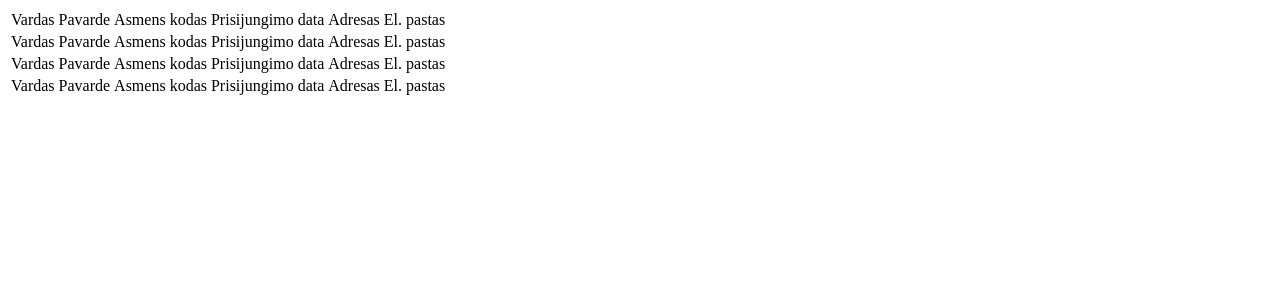
Repository: motiejus1/29-paskaita-05.31
Page: index.html
The author's editor kept a copy of each file at every save. The page is drawn from the files as they stood at one save, then again after the next save.
The browser window is 1280 px wide. The pictures show the whole page.

Above is the page before, as saved 2021-07-21 18:28:11.

### index.html
<!DOCTYPE html>
<html lang="en">
<head>
    <meta charset="UTF-8">
    <meta http-equiv="X-UA-Compatible" content="IE=edge">
    <meta name="viewport" content="width=device-width, initial-scale=1.0">
    <title>29 paskaita</title>
    <style>
        table {
            border
        }
    </style>
</head>
<body>
    <table>
        <tr class="klientas">
            <td>Vardas</td>
            <td>Pavarde</td>
            <td>Asmens kodas</td>
            <td>Prisijungimo data</td>
            <td>Adresas</td>
            <td>El. pastas</td>
        </tr>
        <tr class="klientas">
            <td>Vardas</td>
            <td>Pavarde</td>
            <td>Asmens kodas</td>
            <td>Prisijungimo data</td>
            <td>Adresas</td>
            <td>El. pastas</td>
        </tr>
        <tr class="klientas">
            <td>Vardas</td>
            <td>Pavarde</td>
            <td>Asmens kodas</td>
            <td>Prisijungimo data</td>
            <td>Adresas</td>
            <td>El. pastas</td>
        </tr>
        <tr class="klientas">
            <td>Vardas</td>
            <td>Pavarde</td>
            <td>Asmens kodas</td>
            <td>Prisijungimo data</td>
            <td>Adresas</td>
            <td>El. pastas</td>
        </tr>
    </table>



    <script>
        "use strict";

// 3. Susikurti objektą "Klientas".
// Kintamieji:
// vardas
// pavarde
// asmens kodas
// prisijungimo data
// adresas
// elpastas.

// Sukurti 200 "Klientas" objektų masyvą. "Klientas" duomenis užpildyti savo nuožiūrą.
// Visą "Klientas" objektų masyvą atvaizduoti lentelėje <table>.

    function getRndInteger(min, max) {
        return Math.floor(Math.random() * (max - min + 1) ) + min;
    }



    var klientuMasyvas = [];

    for(var i=0; i< 200; i++) {

        var klientas = {
            vardas: "",
            pavarde: "",
            asmensKodas: "",
            prsijungimData: "",
            adresas: "",
            elpastas: ""
        }

        klientas.vardas = "vardas"+(i+1);
        klientas.pavarde = "pavarde"+(i+1);
        // klientas.asmensKodas = "3985254515" + (i+1);
        klientas.asmensKodas = getRndInteger(3985254515, 3999999999);
        klientas.prsijungimData = new Date();
        klientas.adresas = "adresas" + (i+1);
        klientas.elpastas = "testinis"+(i+1) + "@gmail.com";
        klientuMasyvas.push(klientas);
    }

    console.log(klientuMasyvas);

    </script>
</body>
</html>

After the next save:
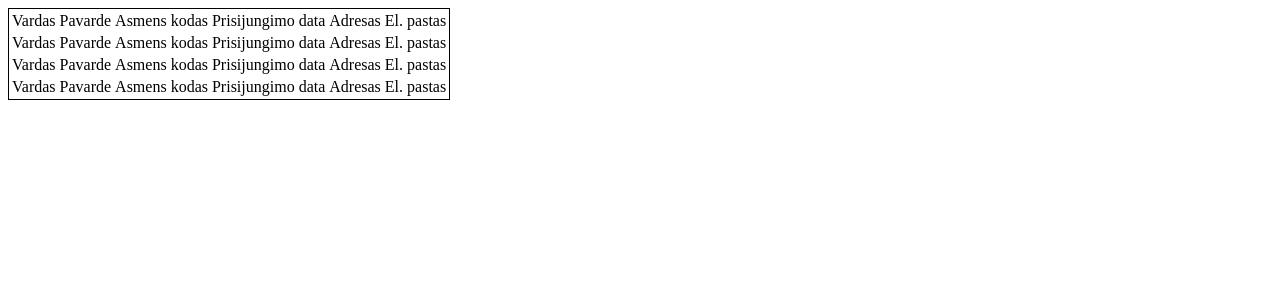
Saved 4 s later.
--- a/index.html
+++ b/index.html
@@ -7,7 +7,7 @@
     <title>29 paskaita</title>
     <style>
         table {
-            border
+            border: 1px solid black;
         }
     </style>
 </head>
